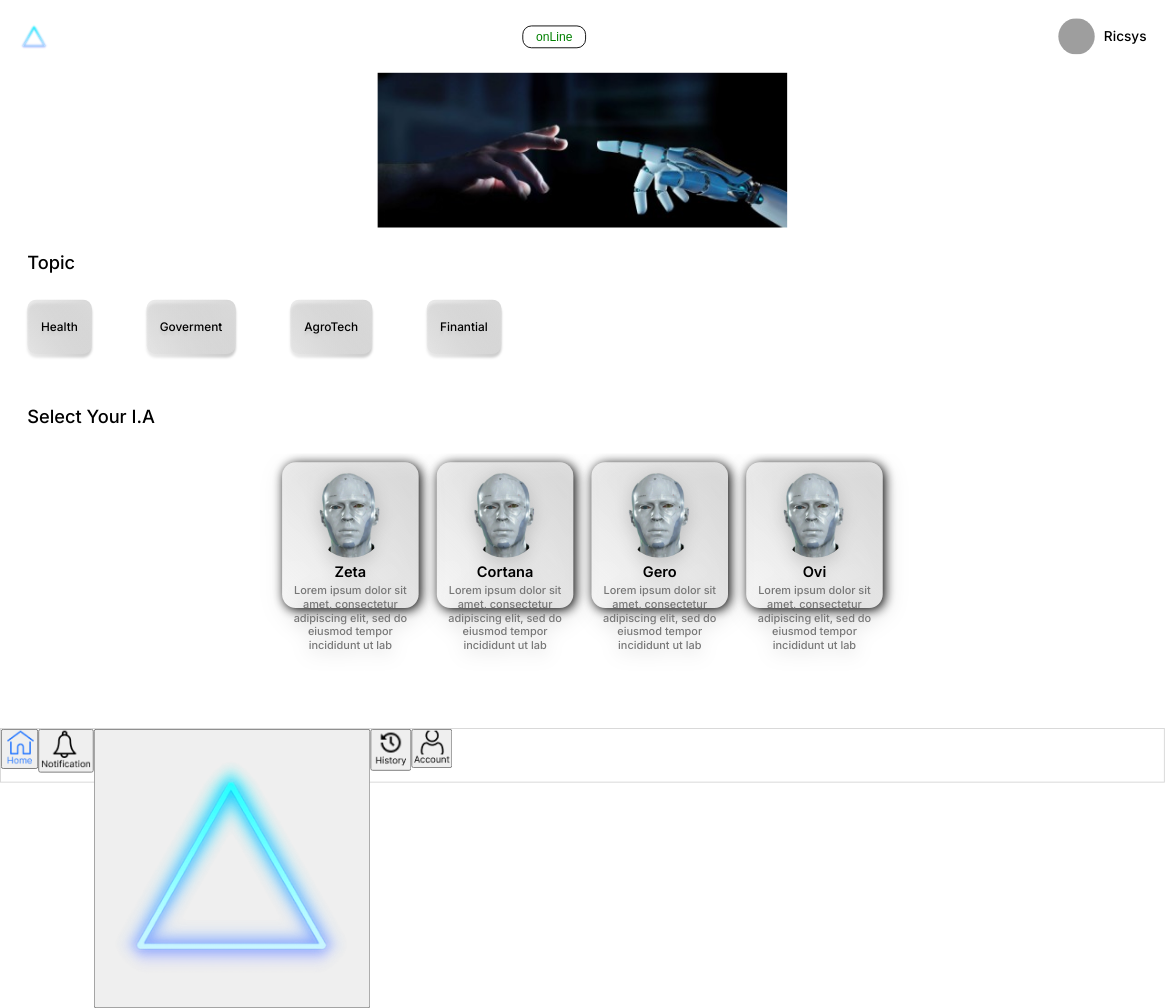
Repository: Cherced/virtualassistant
Page: /
The author's editor kept a copy of each file at every save. The page is drawn from the files as they stood at one save, then again after the next save.
The browser window is 1280 px wide. The pictures show the whole page, at 91% of full size.
Pictures or frames that could not be fetched are drawn as grey boxes. The project was rebuilt for these pictures with package versions that can differ from the ones it lists, and the page was loaded fresh each time. The framework's server and built-in components were replaced by stand-ins that run in the browser. Also part of the build but not shown: components/atoms/buttons/TestimonialCardButton.jsx.

Above is the page before, as saved 2022-07-21 16:38:51.

After the next save:
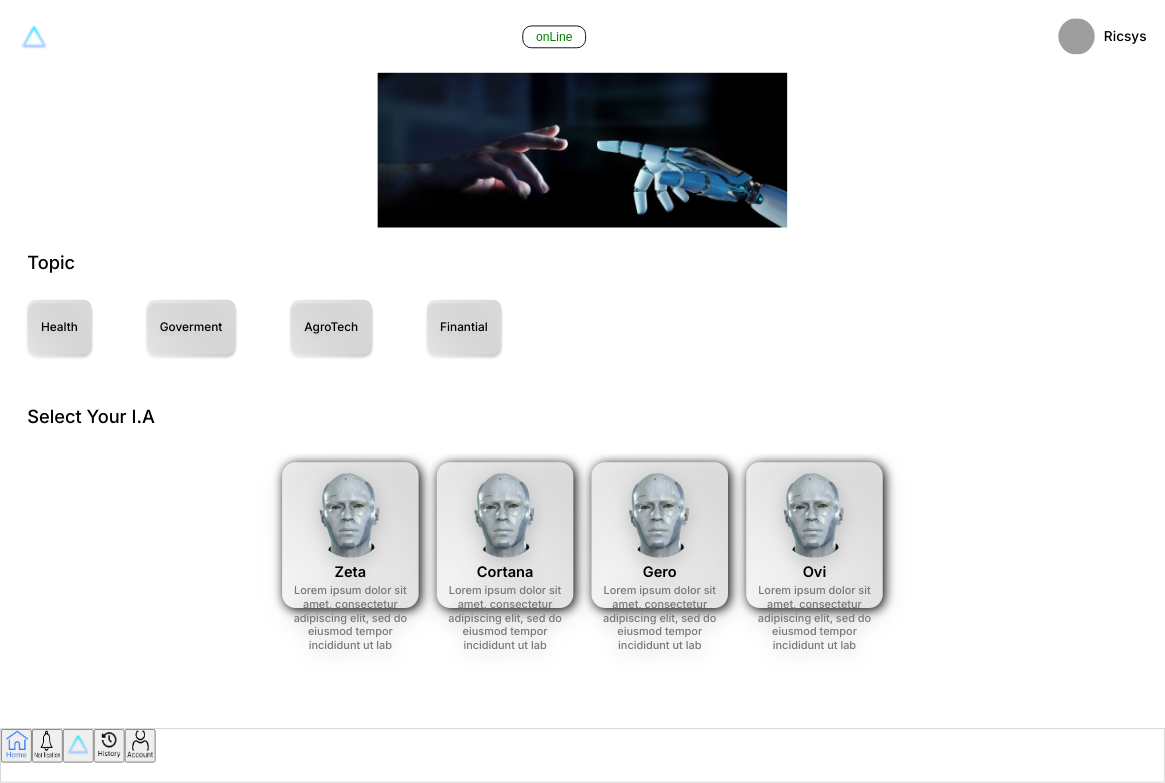
Saved 85 s later.
--- a/sass/components/footer/_dashFooter.scss
+++ b/sass/components/footer/_dashFooter.scss
@@ -9,6 +9,14 @@
         .dashFooter__nav--list{
             display: flex;
             list-style: none;
+            .dashFooter__list--item{
+                button{
+                    img{
+                        width: 30px;
+                        height: 30px;
+                    }
+                }
+            }
         }
     }
 
